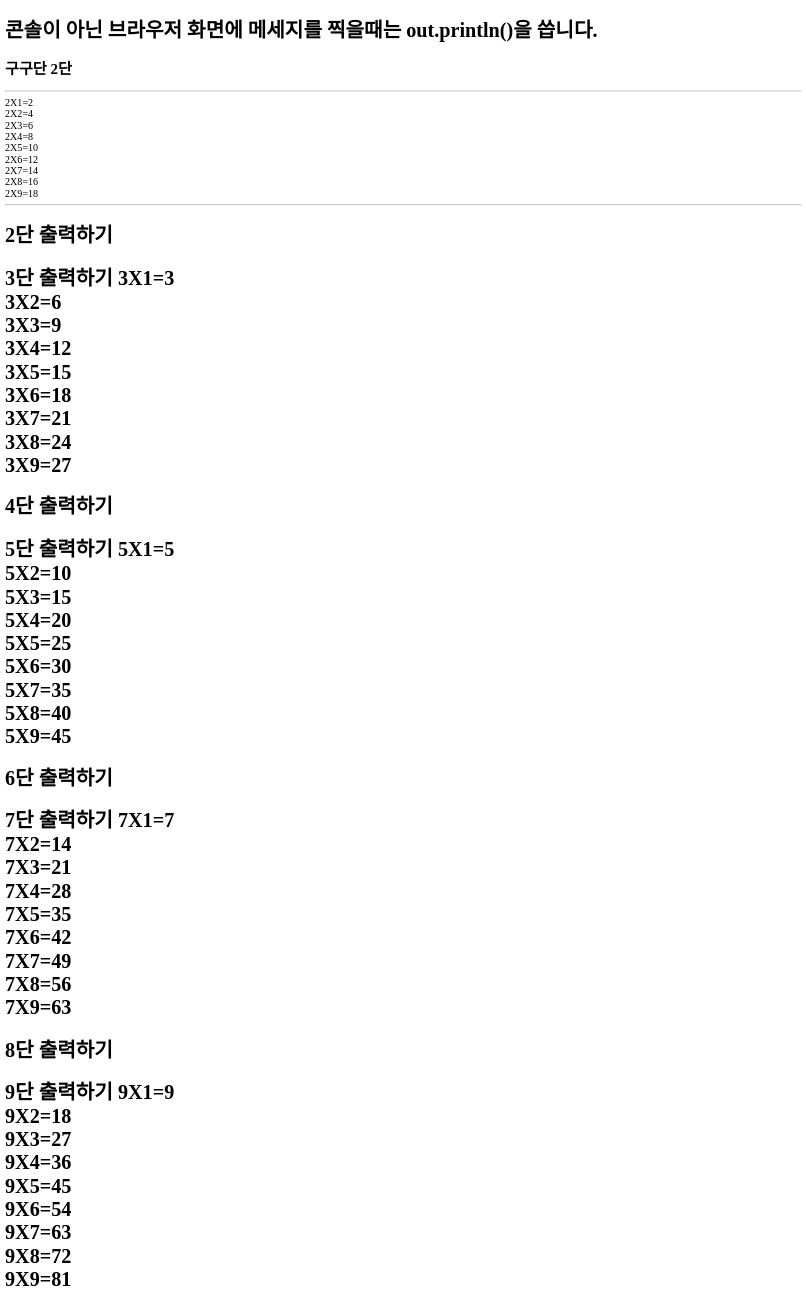
Repository: gowjd4419/jsp
Page: http://localhost/JSPBasic/jsptag/scriptlet.jsp
The author's editor kept a copy of each file at every save. The page is drawn from the files as they stood at one save, then again after a run of saves.
The browser window is 1280 px wide. The pictures show the whole page, at 63% of full size.
The page is served by Tomcat 9.

Above is the page before, as saved 2022-03-22 12:09:07.

### JSPBasic/src/main/webapp/jsptag/scriptlet.jsp
<%@ page language="java" contentType="text/html; charset=UTF-8"
    pageEncoding="UTF-8"%>
<!DOCTYPE html>
<html>
<head>
<meta charset="UTF-8">
<title>Insert title here</title>
</head>
<body>
    <% System.out.println("<h1>콘솔에 메세지를 찍을때는 System.out.println()을 씁니다.</h1>");
    out.println("<h1>콘솔이 아닌 브라우저 화면에 메세지를 찍을때는 out.println()을 씁니다.</h1>");%>
    <h2>구구단 2단</h2><hr>
    <%
       // 구구단 2단을 브라우저에 출력하기
       for(int i = 1; i <=9; i++){
            out.println(2+"X"+i+"="+i*2+"<br>");
       }
     %>
     <hr>
     <!-- 반복문과 조건문을 이용하여 구구단 홀수단(3,5,7,9)을 화면에 출력해보기 -->
     <%
         for(int i = 2; i <= 9; i++){
        	 out.println("<h1>" + i +"단 출력하기");
        	 for(int j = 1; j <= 9; j++){
        	 if(i % 2==0){
        		 continue;
        	 }
        	 out.println(i+"X"+j+"="+i*j+"<br>");
        	 }
         }
     %>

</body>
</html>

After the next 3 saves:
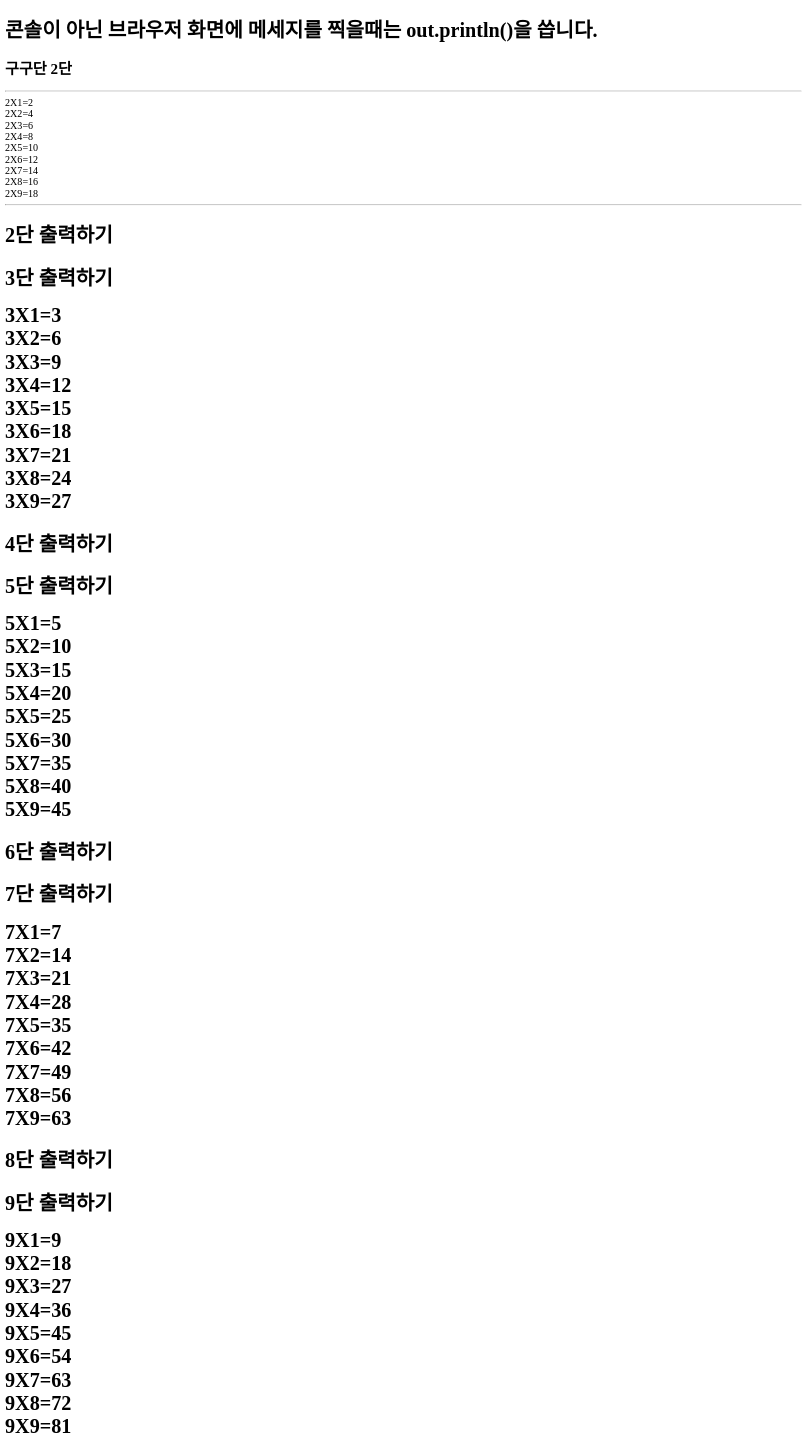
The 3 saves are shown as one change because 1 did not build or start and some came seconds apart.
The last was saved 79 s later.
--- a/JSPBasic/src/main/webapp/jsptag/scriptlet.jsp
+++ b/JSPBasic/src/main/webapp/jsptag/scriptlet.jsp
@@ -20,7 +20,7 @@
      <!-- 반복문과 조건문을 이용하여 구구단 홀수단(3,5,7,9)을 화면에 출력해보기 -->
      <%
          for(int i = 2; i <= 9; i++){
-        	 out.println("<h1>" + i +"단 출력하기");
+        	 out.println("<h1>" + i +"단 출력하기<h1>");
         	 for(int j = 1; j <= 9; j++){
         	 if(i % 2==0){
         		 continue;
